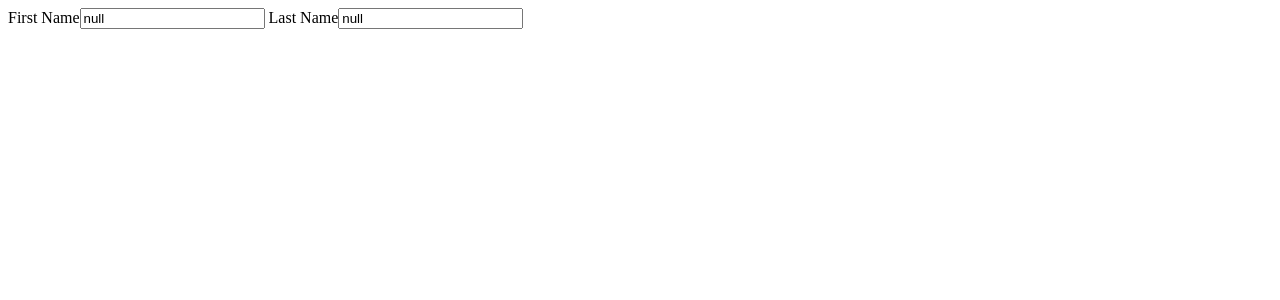
Repository: SangeethaSivasamy/ScrewSriver
Page: http://localhost/ServletProject/jsp/StudentsEnrollment.jsp
An editor plug-in stored every save of this project. The page is shown before and after the next save, followed by the edit.
The browser window is 1280 px wide. The pictures show the whole page.
The page is served by Tomcat 9. Other server files are loaded and not shown.

Above is the page before, as saved 2017-07-19 06:30:47.

### ServletProject/WebContent/jsp/StudentsEnrollment.jsp
<%@ page language="java" contentType="text/html; charset=UTF-8"
    pageEncoding="UTF-8"%>
<!DOCTYPE html PUBLIC "-//W3C//DTD HTML 4.01 Transitional//EN" "http://www.w3.org/TR/html4/loose.dtd">
<html>
<head>
<meta http-equiv="Content-Type" content="text/html; charset=UTF-8">
<title>Students Summary</title>
</head>
<body>
<form name="StudentsForm">
First Name<input type="text" name="firstName" id="firstName"  value=<%= request.getAttribute("firstName") %>>
Last Name<input type="text" name="lastName" id="lastName"  value=<%= request.getAttribute("lastName") %>>
</form>
</body>
</html>

After the next save:
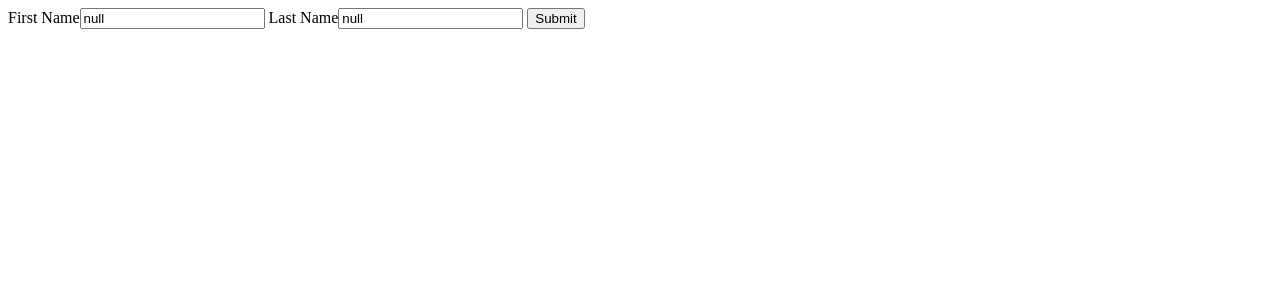
Saved 52 s later.
--- a/ServletProject/WebContent/jsp/StudentsEnrollment.jsp
+++ b/ServletProject/WebContent/jsp/StudentsEnrollment.jsp
@@ -10,6 +10,7 @@
 <form name="StudentsForm">
 First Name<input type="text" name="firstName" id="firstName"  value=<%= request.getAttribute("firstName") %>>
 Last Name<input type="text" name="lastName" id="lastName"  value=<%= request.getAttribute("lastName") %>>
+<input type="submit" name="Submit"/>
 </form>
 </body>
 </html>
